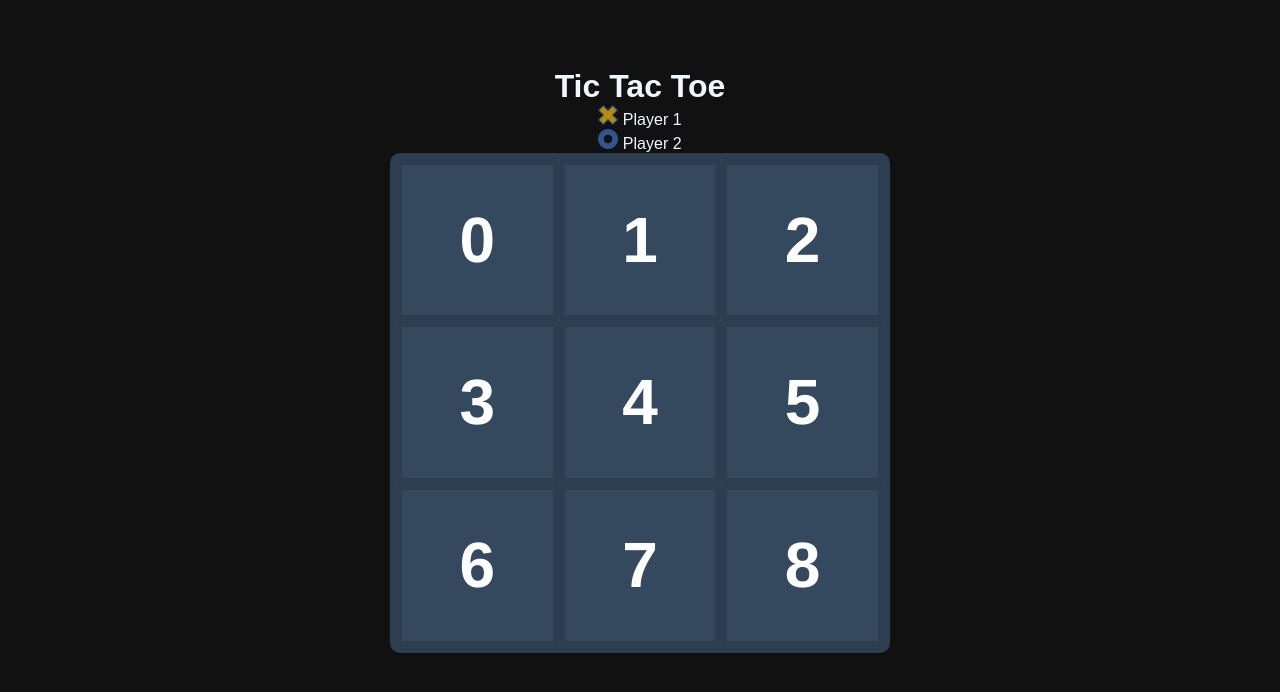
Repository: richardlieknis/tictactoe
Page: index.html
The author's editor kept a copy of each file at every save. The page is drawn from the files as they stood at one save, then again after the next save.
The browser window is 1280 px wide. The pictures show the whole page.

Above is the page before, as saved 2022-12-08 13:40:44.

### index.html
<!DOCTYPE html>
<html lang="en">

<head>
    <meta charset="UTF-8" />
    <meta http-equiv="X-UA-Compatible" content="IE=edge" />
    <meta name="viewport" content="width=device-width, initial-scale=1.0" />
    <title>TicTacToe</title>
    <link rel="stylesheet" href="css/style.css" />
    <link rel="stylesheet" href="css/mobile.css" />

    <script src="main.js"></script>
</head>

<body>
    <div class="maincontainer">
        <h1>Tic Tac Toe</h1>
        <div class="players">
            <div id="player1">
                <img src="src/img/cross.png" /> Player 1
            </div>
            <div id="player1">
                <img src="src/img/circle.png" /> Player 2
            </div>
        </div>
        <div class="gameField">
            <div class="box" id="0" onclick="playerPlace(0)">0</div>
            <div class="box" id="1" onclick="playerPlace(1)">1</div>
            <div class="box" id="2" onclick="playerPlace(2)">2</div>
            <div class="box" id="3" onclick="playerPlace(3)">3</div>
            <div class="box" id="4" onclick="playerPlace(4)">4</div>
            <div class="box" id="5" onclick="playerPlace(5)">5</div>
            <div class="box" id="6" onclick="playerPlace(6)">6</div>
            <div class="box" id="7" onclick="playerPlace(7)">7</div>
            <div class="box" id="8" onclick="playerPlace(8)">8</div>
        </div>
    </div>
</body>

</html>

### css/style.css
* {
    margin: 0;
    padding: 0;
    box-sizing: border-box;
}

body {
    font-family: sans-serif;
    color: aliceblue;
    background-color: #111;
}

.players img {
    width: 20px;
}

.maincontainer {
    display: flex;
    justify-content: center;
    align-items: center;
    flex-direction: column;
    height: 100vh;
}

.gameField {
    width: 500px;
    height: 500px;
    margin: 0 auto;
    background-color: #34495e;
    color: #fff;
    border: 6px solid #2c3e50;
    border-radius: 10px;
    display: grid;
    grid-template: repeat(3, 1fr) / repeat(3, 1fr);
}

.box {
    border: 6px solid #2c3e50;
    border-radius: 2px;
    font-family: Helvetica;
    font-weight: bold;
    font-size: 4em;
    display: flex;
    justify-content: center;
    align-items: center;
    cursor: pointer;
}

.box:hover {
    background-color: #416080;
}

Loaded but not shown: main.js (no copy from this time; the picture is the same without it); css/mobile.css (no stored copy; drawn as an empty file)

After the next save:
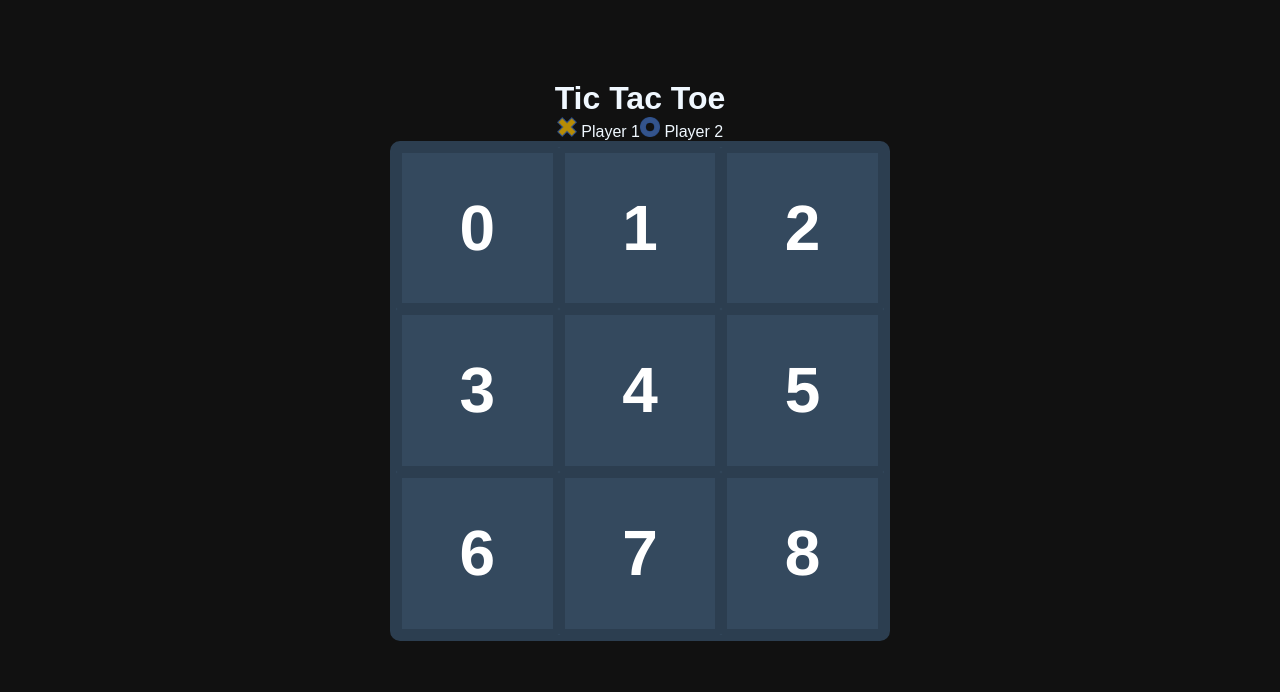
Saved 10 s later.
--- a/css/style.css
+++ b/css/style.css
@@ -8,6 +8,10 @@
     font-family: sans-serif;
     color: aliceblue;
     background-color: #111;
+}
+
+.players {
+    display: flex;
 }
 
 .players img {
